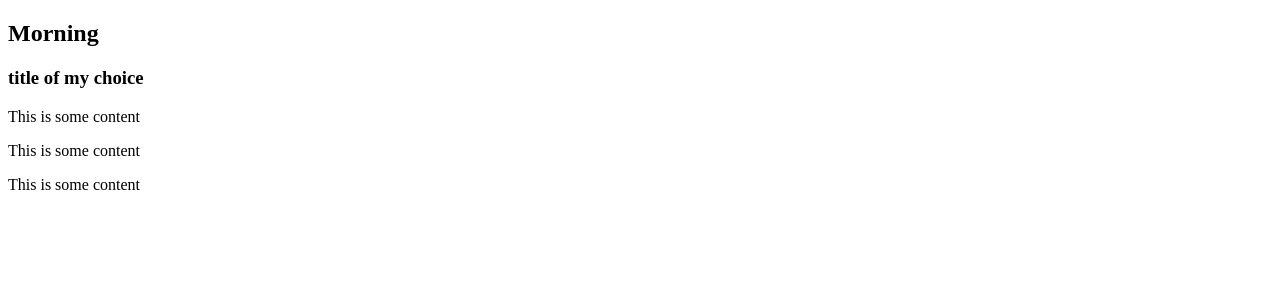
Repository: chocochocosensei/Mission-Exercises
Page: page3/index.html
The author's editor kept a copy of each file at every save. The page is drawn from the files as they stood at one save, then again after the next save.
The browser window is 1280 px wide. The pictures show the whole page.

Above is the page before, as saved 2020-03-10 12:27:34.

### page3/index.html
<!DOCTYPE html>
<html lang="en">

<head>
    <meta charset="UTF-8" />
    <meta name="viewport" content="width=device-width, initial-scale=1.0" />
    <link rel="stylesheet" href="../style.css">
    <title>My Diary Page 3</title>
</head>

<body>
    <section>
        <div class="section-title">
            <h2>Morning</h2>
        </div>
        <div class="section-activity">
            <div class="class">
                <div class="title">
                    <h3>title of my choice</h3>
                </div>
                <div class="content">
                    <p>This is some content</p>
                </div>
            </div>
            <div class="class">
                <div class="content">
                    <p>This is some content</p>
                </div>

            </div>
            <div class="class">

                <div class="content">
                    <p>This is some content</p>
                </div>

            </div>
        </div>
    </section>
</body>

</html>

### style.css
*.hidden {
    display: none;
}

After the next save:
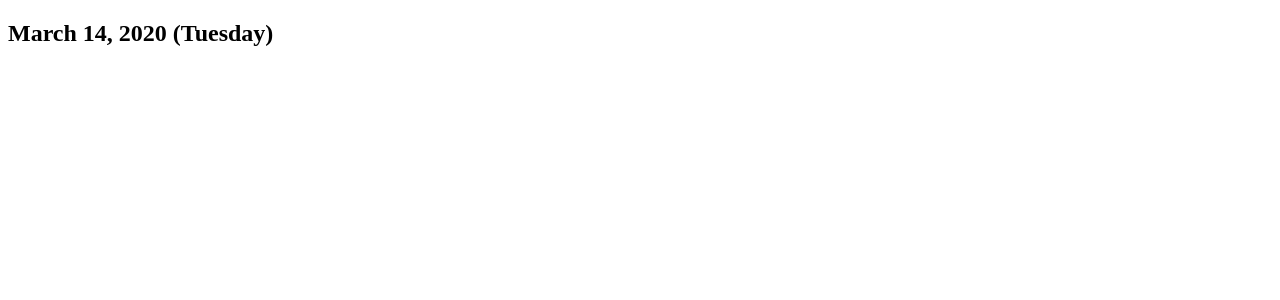
Saved 91 s later.
--- a/page3/index.html
+++ b/page3/index.html
@@ -1,39 +1,33 @@
 <!DOCTYPE html>
-<html lang="en">
+<html>
 
 <head>
-    <meta charset="UTF-8" />
-    <meta name="viewport" content="width=device-width, initial-scale=1.0" />
+    <meta http-equiv="Content-Type" content="text/html;charset=UTF-8">
+    <meta name="viewport" content="width=device-width, initial-scale=1.0">
     <link rel="stylesheet" href="../style.css">
-    <title>My Diary Page 3</title>
+    <title>Mission Exercises March 14, 2020</title>
 </head>
 
 <body>
     <section>
         <div class="section-title">
-            <h2>Morning</h2>
+            <h2 id="2020-03-10@12:28:22">March 14, 2020 (Tuesday)</h2>
         </div>
         <div class="section-activity">
-            <div class="class">
+            <div class="card">
                 <div class="title">
-                    <h3>title of my choice</h3>
+                    <h3></h3>
+                </div>
+                <div class="content"></div>
+            </div>
+            <div class="card hidden hours">
+                <div class="title">
+                    <h3>Hours</h3>
                 </div>
                 <div class="content">
-                    <p>This is some content</p>
+                    <p>Class: 10:30-12:30</p>
+                    <p>Hours: 2</p>
                 </div>
-            </div>
-            <div class="class">
-                <div class="content">
-                    <p>This is some content</p>
-                </div>
-
-            </div>
-            <div class="class">
-
-                <div class="content">
-                    <p>This is some content</p>
-                </div>
-
             </div>
         </div>
     </section>
